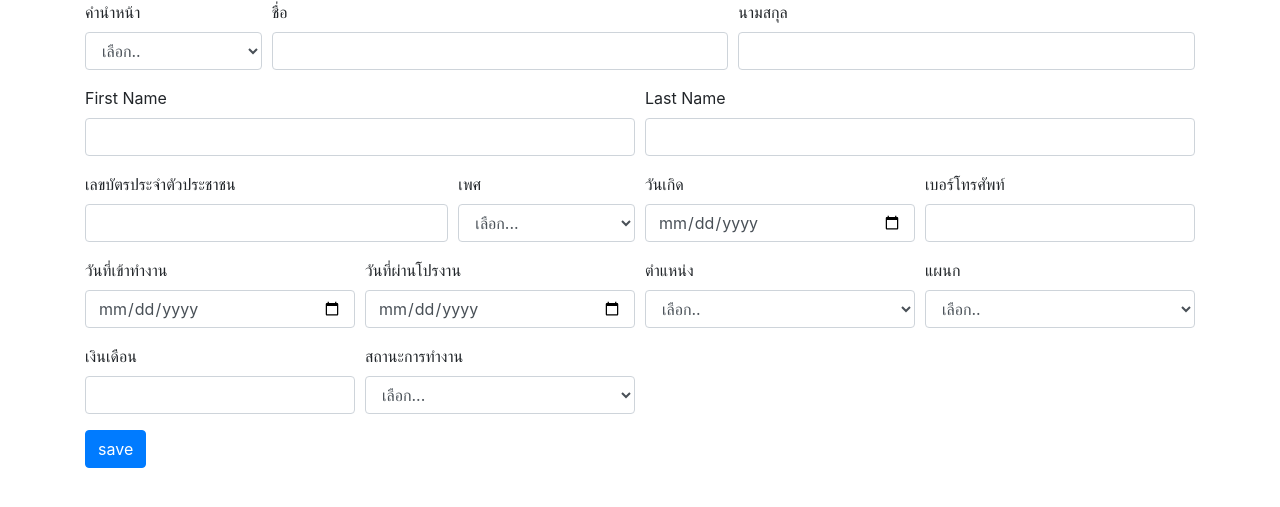
Repository: p2job/javawebapp
Page: http://localhost/demojsp/insert.jsp
The author's editor kept a copy of each file at every save. The page is drawn from the files as they stood at one save, then again after the next save.
The browser window is 1280 px wide. The pictures show the whole page.
The page is served by Tomcat 9. Queries for data that is not in the repository find no rows.

Above is the page before, as saved 2020-07-30 13:57:43.

### demojsp/WebContent/insert.jsp
<%@page contentType="text/html" pageEncoding="UTF-8"%>
<%@ page import="java.sql.*"  %>
<!DOCTYPE html>
<html>

<head>
    <meta http-equiv="Content-Type" content="text/html; charset=UTF-8">
    <meta name="viewport" content="width=device-width, initial-scale=1, shrink-to-fit=no">
    <link rel="stylesheet" href="https://stackpath.bootstrapcdn.com/bootstrap/4.5.0/css/bootstrap.min.css" integrity="sha384-9aIt2nRpC12Uk9gS9baDl411NQApFmC26EwAOH8WgZl5MYYxFfc+NcPb1dKGj7Sk" crossorigin="anonymous">
    <title>Insert Employee</title>
</head>

<body>
    <div class="container">
        <form action="insert.jsp" method="post">
            <div class="form-row">
                <div class="form-group col-md-2">
                    <label for="inputName_Prefix">คำนำหน้า</label>
                    <select id="Name_Prefix" class="form-control" name="Name_Prefix">
                        <option selected>เลือก..</option>
                        <option value="นาย">นาย</option>
                        <option value="นาง">นาง</option>
                        <option value="นางสาว">นางสาว</option>
                    </select>
                </div>
                <div class="form-group col-md-5">
                    <label for="inputFirst_Name">ชื่อ</label>
                    <input type="text" class="form-control" id="First_Name" name="First_Name">
                </div>
                <div class="form-group col-md-5">
                    <label for="inputLast_Name">นามสกุล</label>
                    <input type="text" class="form-control" id="Last_Name" name="Last_Name">
                </div>
            </div>
            <div class="form-row">
                <div class="form-group col-md-6">
                    <label for="inputFirst_Name_Eng">First Name</label>
                    <input type="text" class="form-control" id="First_Name_Eng" name="First_Name_Eng">
                </div>
                <div class="form-group col-md-6">
                    <label for="inputLast_Name_Eng">Last Name</label>
                    <input type="text" class="form-control" id="Last_Name_Eng" name="Last_Name_Eng">
                </div>
            </div>
            <div class="form-row">
                <div class="form-group col-md-4">
                    <label for="inputIdentification_No">เลขบัตรประจำตัวประชาชน</label>
                    <input type="text" class="form-control" id="Identification_No" name="Identification_No">
                </div>
                <div class="form-group col-md-2">
                    <label for="inputSex">เพศ</label>
                    <select id="Sex" class="form-control" name="Sex">
                        <option selected>เลือก...</option>
                        <option value="M">ชาย</option>
                        <option value="F">หญิง</option>
                    </select>
                </div>
                <div class="form-group col-md-3">
                    <label for="inputBirth_Date">วันเกิด</label>
                    <input type="date" class="form-control" id="Birth_Date" name="Birth_Date">
                </div>
                <div class="form-group col-md-3">
                    <label for="inputPhone_Number">เบอร์โทรศัพท์</label>
                    <input type="text" class="form-control" id="Phone_Number" name="Phone_Number">
                </div>
            </div>
            <div class="form-row">
                <div class="form-group col-md-3">
                    <label for="inputHire_Date">วันที่เข้าทำงาน</label>
                    <input type="date" class="form-control" id="Hire_Date" name="Hire_Date">
                </div>
                <div class="form-group col-md-3">
                    <label for="inputProbation_Date">วันที่ผ่านโปรงาน</label>
                    <input type="date" class="form-control" id="Probation_Date" name="Probation_Date">
                </div>
                <div class="form-group col-md-3">
                <%
	Connection connect = null;
	ResultSet rec = null;
	Statement s= null;

	try {
		Class.forName("com.mysql.jdbc.Driver");
		connect =  DriverManager.getConnection("jdbc:mysql://localhost/employee" +
				"?user=root&password=");
		s = connect.createStatement();
		String sql="SELECT * FROM position";
		rec=s.executeQuery(sql);


	} catch (Exception e) {
		// TODO Auto-generated catch block
		out.println(e.getMessage());
		e.printStackTrace();
	}

	%>
                    <label for="inputPosition_ID">ตำแหน่ง</label>
                    <select id="Position_ID" class="form-control" name="Position_ID">
                        <option selected>เลือก..</option>
                        <% while((rec!=null)&&(rec.next())) {%>
                        <option value="<%= rec.getString("Position_ID") %>"><%= rec.getString("Position_Name") %></option>
                         <% } %>
                    </select>
                </div>
                <%
	try {
		Class.forName("com.mysql.jdbc.Driver");
		connect =  DriverManager.getConnection("jdbc:mysql://localhost/employee" +
				"?user=root&password=");
		s = connect.createStatement();
		String sql="SELECT * FROM department";
		rec=s.executeQuery(sql);


	} catch (Exception e) {
		// TODO Auto-generated catch block
		out.println(e.getMessage());
		e.printStackTrace();
	}

	%>
                <div class="form-group col-md-3">
                    <label for="inputDepartment_ID">แผนก</label>
                    <select id="Department_ID" class="form-control" name="Department_ID">
                        <option selected>เลือก..</option>
                        <% while((rec!=null)&&(rec.next())) {%>
                        <option value="<%= rec.getString("Department_ID") %>"><%= rec.getString("Department_Name") %></option>
                         <% } %>
                    </select>
                </div>
            </div>
            <div class="form-row">
                <div class="form-group col-md-3">
                    <label for="inputSalary">เงินเดือน</label>
                    <input type="text" class="form-control" id="Salary" name="Salary">
                </div>
                <div class="form-group col-md-3">
                    <label for="inputStatus">สถานะการทำงาน</label>
                    <select id="Status" class="form-control" name="Status">
                        <option selected>เลือก...</option>
                        <option value="2">ทำงานอยู่</option>
                        <option value="1">พักงาน</option>
                        <option value="0">ลาออก</option>
                    </select>
                </div>
            </div>
            <button type="submit" class="btn btn-primary">save</button>
        </form>
    </div>


    <script src="https://code.jquery.com/jquery-3.5.1.slim.min.js" integrity="sha384-DfXdz2htPH0lsSSs5nCTpuj/zy4C+OGpamoFVy38MVBnE+IbbVYUew+OrCXaRkfj" crossorigin="anonymous"></script>
    <script src="https://cdn.jsdelivr.net/npm/popper.js@1.16.0/dist/umd/popper.min.js" integrity="sha384-Q6E9RHvbIyZFJoft+2mJbHaEWldlvI9IOYy5n3zV9zzTtmI3UksdQRVvoxMfooAo" crossorigin="anonymous"></script>
    <script src="https://stackpath.bootstrapcdn.com/bootstrap/4.5.0/js/bootstrap.min.js" integrity="sha384-OgVRvuATP1z7JjHLkuOU7Xw704+h835Lr+6QL9UvYjZE3Ipu6Tp75j7Bh/kR0JKI" crossorigin="anonymous"></script>
</body>

</html>

After the next save:
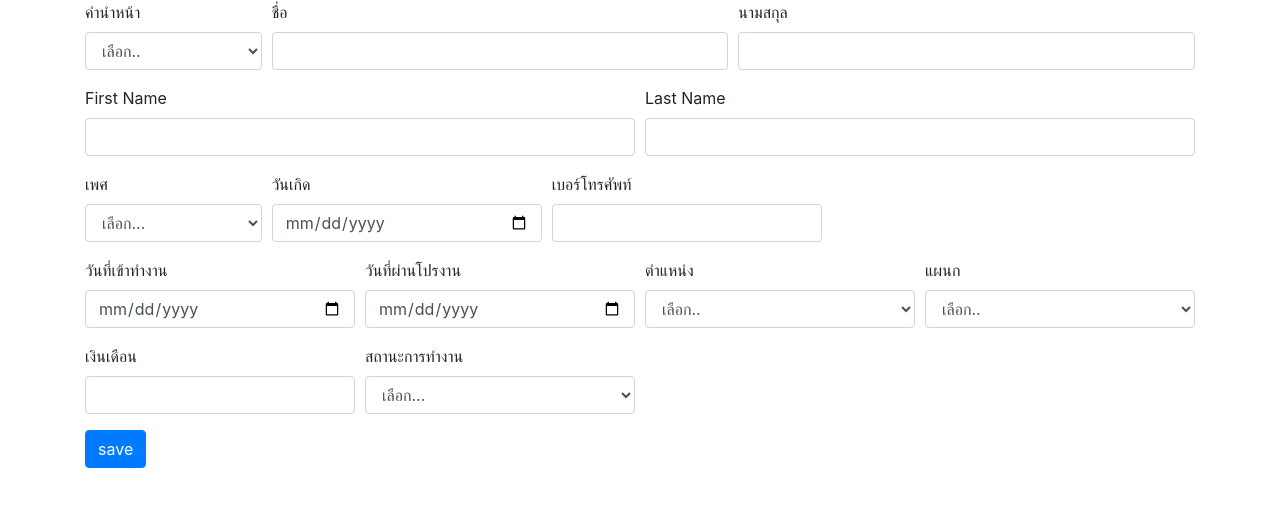
Saved 16 h 55 min later.
--- a/demojsp/WebContent/insert.jsp
+++ b/demojsp/WebContent/insert.jsp
@@ -43,10 +43,6 @@
                 </div>
             </div>
             <div class="form-row">
-                <div class="form-group col-md-4">
-                    <label for="inputIdentification_No">เลขบัตรประจำตัวประชาชน</label>
-                    <input type="text" class="form-control" id="Identification_No" name="Identification_No">
-                </div>
                 <div class="form-group col-md-2">
                     <label for="inputSex">เพศ</label>
                     <select id="Sex" class="form-control" name="Sex">

After the save that followed:
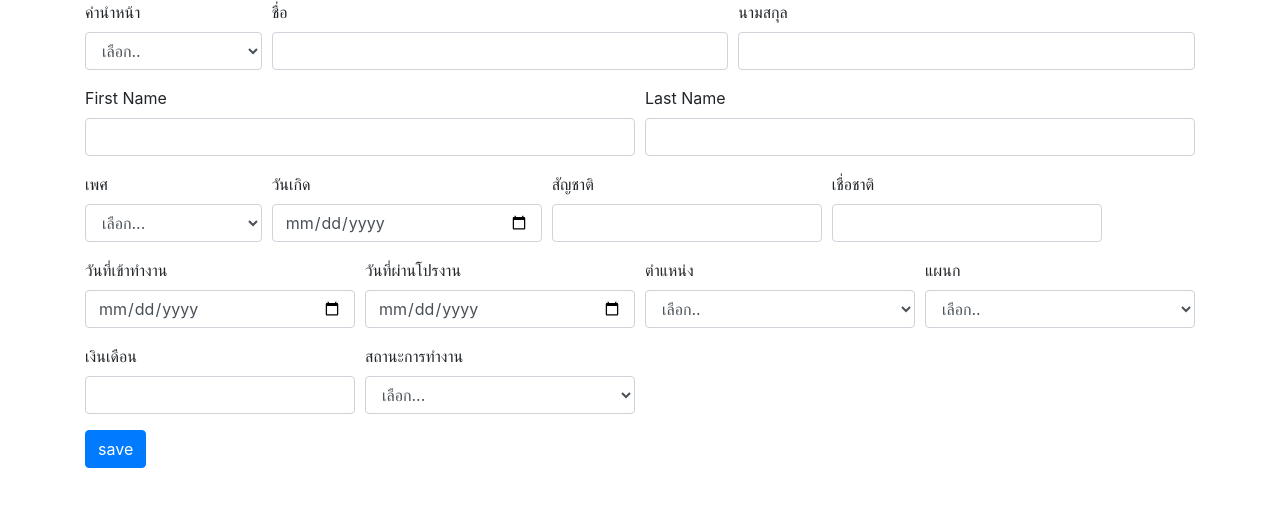
Saved 2 min 21 s later.
--- a/demojsp/WebContent/insert.jsp
+++ b/demojsp/WebContent/insert.jsp
@@ -56,7 +56,11 @@
                     <input type="date" class="form-control" id="Birth_Date" name="Birth_Date">
                 </div>
                 <div class="form-group col-md-3">
-                    <label for="inputPhone_Number">เบอร์โทรศัพท์</label>
+                    <label for="inputPhone_Number">สัญชาติ</label>
+                    <input type="text" class="form-control" id="Phone_Number" name="Phone_Number">
+                </div>
+                <div class="form-group col-md-3">
+                    <label for="inputPhone_Number">เชื่อชาติ</label>
                     <input type="text" class="form-control" id="Phone_Number" name="Phone_Number">
                 </div>
             </div>
